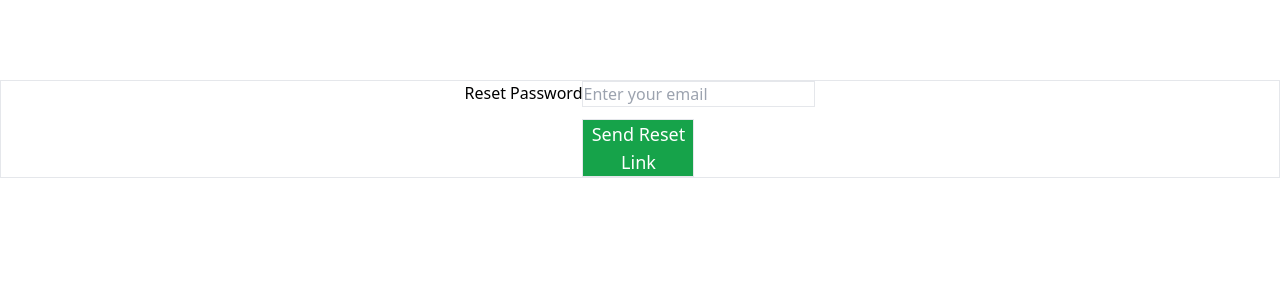
Repository: IssaMuiz/ifarmstock-admin
Page: /forgot-password
An editor plug-in stored every save of this project. The page is shown before and after the next save, followed by the edit.
The browser window is 1280 px wide. The pictures show the whole page.
The project was rebuilt for these pictures with package versions that can differ from the ones it lists, and the page was loaded fresh each time. The framework's server and built-in components were replaced by stand-ins that run in the browser. Also part of the build but not shown: next.config.mjs.

Above is the page before, as saved 2024-09-30 08:12:34.

### app/layout.tsx
import type { Metadata } from "next";
import localFont from "next/font/local";
import "./globals.css";
import ClientSessionProvider from "../components/clientSessionProvider";


const geistSans = localFont({
  src: "./fonts/GeistVF.woff",
  variable: "--font-geist-sans",
  weight: "100 900",
});
const geistMono = localFont({
  src: "./fonts/GeistMonoVF.woff",
  variable: "--font-geist-mono",
  weight: "100 900",
});

export const metadata: Metadata = {
  title: "iFarmStock-admin",
  description: "Generated by create next app",
};

export default function RootLayout({
  children,
}: Readonly<{
  children: React.ReactNode;
}>) {
  return (
    <html lang="en">
      <body
        className={`${geistSans.variable} ${geistMono.variable} antialiased`}
      >
        <ClientSessionProvider>{children}</ClientSessionProvider>
      </body>
    </html>
  );
}

### app/forgot-password/page.tsx
"use client";
import React from "react";
import { useState } from "react";
import axios from "axios";

const ForgotPassword = () => {
  const [email, setEmail] = useState("");
  const [message, setMessage] = useState("");
  const [loading, setLoading] = useState(false);

  const handleSubmit = async (e: React.FormEvent) => {
    e.preventDefault();
    setLoading(true);
    try {
      const res = await axios.post("/api/forgot-password", { email });
      if (res.status == 200 || res.status == 201) {
        console.log("link sent successfuly");
        setMessage("Password link has been sent to your email");
        setEmail("");
      }

      // eslint-disable-next-line @typescript-eslint/no-explicit-any
    } catch (error: any) {
      setMessage(error.res?.data?.message || "Something went wrong");
    } finally {
      setLoading(false);
    }
  };
  return (
    <div className="flex justify-center border mt-20">
      <h2>Reset Password</h2>
      <form className="flex flex-col gap-3" onSubmit={handleSubmit}>
        <input
          className="border"
          type="email"
          placeholder="Enter your email"
          value={email}
          onChange={(e) => setEmail(e.target.value)}
          required
        />
        <button
          className="border bg-green-600 hover:bg-green-700 w-28 text-white text-lg text-semibold"
          type="submit"
        >
          {loading ? "Sending...." : "Send Reset Link"}
        </button>
      </form>
      {message && <p>{message}</p>}
    </div>
  );
};

export default ForgotPassword;

### components/clientSessionProvider.tsx
"use client";

import { SessionProvider } from "next-auth/react";
import { ReactNode } from "react";

export default function ClientSessionProvider({
  children,
}: {
  children: ReactNode;
}) {
  return <SessionProvider>{children}</SessionProvider>;
}

Loaded but not shown: app/globals.css (common file); tailwind.config.ts (common file)

After the next save:
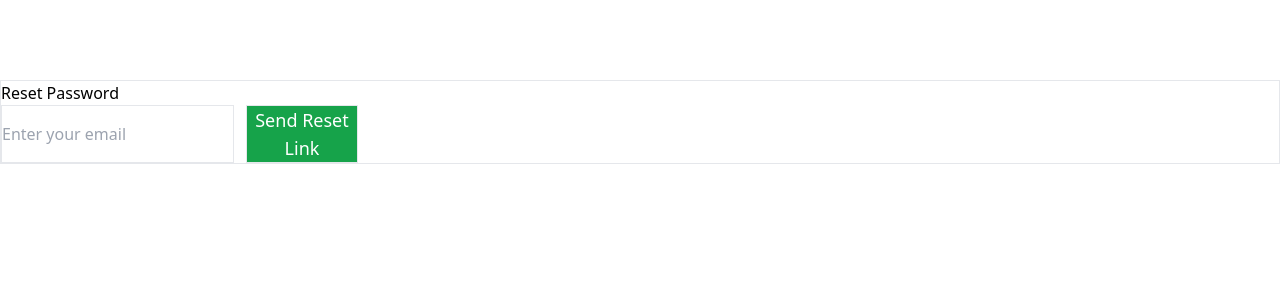
Saved 41 s later.
--- a/app/forgot-password/page.tsx
+++ b/app/forgot-password/page.tsx
@@ -27,9 +27,9 @@ const ForgotPassword = () => {
     }
   };
   return (
-    <div className="flex justify-center border mt-20">
+    <div className="flex flex-col justify-center border mt-20">
       <h2>Reset Password</h2>
-      <form className="flex flex-col gap-3" onSubmit={handleSubmit}>
+      <form className="flex  gap-3" onSubmit={handleSubmit}>
         <input
           className="border"
           type="email"
